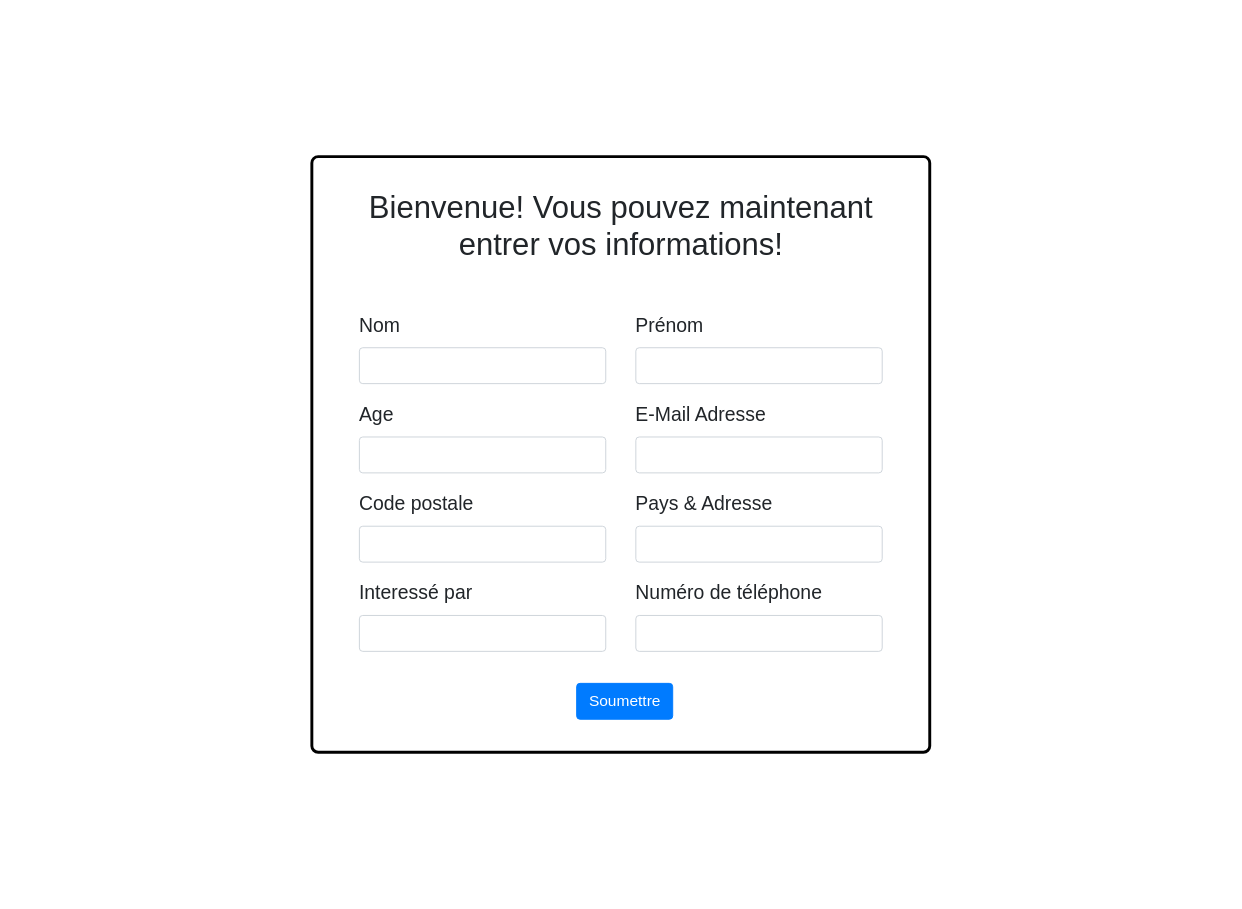
Repository: Aminox84/frontend-main
Page: /
These files come from the project's save history. The page is drawn as it stood at one moment and after the next save; the edit follows.
The browser window is 1280 px wide. The pictures show the whole page, at 97% of full size.
The project was rebuilt for these pictures with package versions that can differ from the ones it lists, and the page was loaded fresh each time.

Above is the page before, as saved 2022-12-29 21:10:59.

### public/index.html
<!DOCTYPE html>
<html lang="en">
  <head>
    <meta charset="utf-8" />
    <link rel="icon" href="%PUBLIC_URL%/favicon.ico" />
    <meta name="viewport" content="width=device-width, initial-scale=1" />
    <meta name="theme-color" content="#000000" />
    <meta
      name="description"
      content="Web site created using create-react-app"
    />
    <link rel="apple-touch-icon" href="%PUBLIC_URL%/logo192.png" />

    <link rel="manifest" href="%PUBLIC_URL%/manifest.json" />
    <link rel="stylesheet" href="https://cdn.jsdelivr.net/npm/bootstrap@4.4.1/dist/css/bootstrap.min.css" integrity="sha384-Vkoo8x4CGsO3+Hhxv8T/Q5PaXtkKtu6ug5TOeNV6gBiFeWPGFN9MuhOf23Q9Ifjh" crossorigin="anonymous">

    <title>React App</title>
  </head>
  <body>
    <noscript>You need to enable JavaScript to run this app.</noscript>
    <div id="root"></div>
    <script src="https://code.jquery.com/jquery-3.4.1.slim.min.js" integrity="sha384-J6qa4849blE2+poT4WnyKhv5vZF5SrPo0iEjwBvKU7imGFAV0wwj1yYfoRSJoZ+n" crossorigin="anonymous"></script>
    <script src="https://cdn.jsdelivr.net/npm/popper.js@1.16.0/dist/umd/popper.min.js" integrity="sha384-Q6E9RHvbIyZFJoft+2mJbHaEWldlvI9IOYy5n3zV9zzTtmI3UksdQRVvoxMfooAo" crossorigin="anonymous"></script>
    <script src="https://cdn.jsdelivr.net/npm/bootstrap@4.4.1/dist/js/bootstrap.min.js" integrity="sha384-wfSDF2E50Y2D1uUdj0O3uMBJnjuUD4Ih7YwaYd1iqfktj0Uod8GCExl3Og8ifwB6" crossorigin="anonymous"></script>
  </body>
</html>

### src/App.tsx
import React from 'react';
// import { useMultistepForm } from './useMultistepForm';
// import { AddressForm } from './AddressForm';
// import { AccountForm } from './AccountForm';
import UserForm  from './userForm';


function App() {


// const {steps,currentStepIndex,step,isFirstStep,isLastStep,back,next} = useMultistepForm([<UserForm />,<AddressForm />,<AccountForm />])

  return (
    <div style={{position:"relative",background:"white",border:"0.2rem solid  black",padding:"2rem",margin:" 10rem auto",borderRadius:".5rem",fontFamily:"Arial",width:"50%",}}>
      <form>
       {/* <div style={{position:"absolute",top:".5rem",right:".5rem"}}> {currentStepIndex + 1} / {steps.length}</div> */}
       <UserForm />
       <div className='d-flex justify-content-center mt-3'>
       {/* {!isFirstStep && <button className='btn btn-primary ml-2' type="button" onClick={back}>Back</button>} */}
       <button type="button" className='btn btn-primary ml-2'>Soumettre</button>
       </div>
      </form>
    </div>
  );
}

export default App;

### src/userForm.tsx
import React,{useState} from 'react'
import axios from 'axios'
import { convertTypeAcquisitionFromJson } from 'typescript'

const UserForm= ()=> {

    const [data,setData]= useState([{
        firstName: 'firstTest',
        lastName:'lastTest',
        age: '22',
        email:'justtestingjunkie@gmail.com',
        codePostale:'8050',
        interest:'Prostitution',
        paysEtAdresse:'Nigeria',
        phoneNumber:'+4915115897636'
    }])

    const [addFormData,setAddFormData]= useState({
        firstName: '',
        lastName:'',
        age: '',
        email:'',
        codePostale:'',
        interest:'',
        paysEtAdresse:'',
        phoneNumber:''
    })

    const handleFormChange=(event)=>{
        event.preventDefault();

        const fieldName=event.target.getAttribute('name');
        const fieldValue = event.target.value;

        const newFormData={...addFormData};
        newFormData[fieldName]=fieldValue;

        setAddFormData(newFormData);

    }

    const handleSubmitButton=(event)=>{
        event.preventDefault();

        const newContact={
            firstName:addFormData.firstName,
            lastName:addFormData.lastName,
            age:addFormData.age,
            email:addFormData.email,
            codePostale:addFormData.codePostale,
            interest:addFormData.interest,
            paysEtAdresse:addFormData.paysEtAdresse,
            phoneNumber:addFormData.phoneNumber
        }

        const newContacts=[...data,newContact]
        setData(newContacts);
    }

 const labelFontSize={fontSize:"20px"}

  return (
    <>
      <h2 style={{ textAlign: 'center' }}>
        Bienvenue! Vous pouvez maintenant entrer vos informations!
      </h2>
      <div className="container mt-5">
        <div className="row">
          <div className="col">
            <div className="form-group">
              <label
                style={labelFontSize}
                htmlFor="exampleInputPassword1"
              >
                Nom
              </label>
              <input
              onChange={handleFormChange}
                name="lastName"
                type="text"
                className="form-control"
                id="exampleInputPassword1"
              />
            </div>
          </div>
          <div className="col">
            <div className="form-group">
              <label
                style={labelFontSize}
                htmlFor="exampleInputPassword1"
              >
                Prénom
              </label>
              <input
              onChange={handleFormChange}
                name='firstName'
                type="text"
                className="form-control"
                id="exampleInputPassword1"
              />
            </div>
          </div>
        </div>
        <div className="row">
          <div className="col">
            <div className="form-group">
              <label
                style={labelFontSize}
                htmlFor="exampleInputPassword1"
              >
                Age
              </label>
              <input
              onChange={handleFormChange}
              name='age'
                type="text"
                className="form-control"
                id="exampleInputPassword1"
              />
            </div>
          </div>
          <div className="col">
            <div className="form-group">
              <label
                style={labelFontSize}
                htmlFor="exampleInputPassword1"
              >
                E-Mail Adresse
              </label>
              <input
              onChange={handleFormChange}
              name='email'
                type="text"
                className="form-control"
                id="exampleInputPassword1"
              />
            </div>
          </div>
        </div>
        <div className="row">
          <div className="col">
            <div className="form-group">
              <label
                style={labelFontSize}
                htmlFor="exampleInputPassword1"
              >
                Code postale
              </label>
              <input
              onChange={handleFormChange}
              name='codePostale'
                type="text"
                className="form-control"
                id="exampleInputPassword1"
              />
            </div>
          </div>
          <div className="col">
            <div className="form-group">
              <label
                style={labelFontSize}
                htmlFor="exampleInputPassword1"
              >
                Pays & Adresse
              </label>
              <input
              onChange={handleFormChange}
              name='paysEtAdresse'
                type="text"
                className="form-control"
                id="exampleInputPassword1"
              />
            </div>
          </div>
        </div>
        <div className="row">
          <div className="col">
            <div className="form-group">
              <label
                style={labelFontSize}
                htmlFor="exampleInputPassword1"
              >
                Interessé par
              </label>
              <input
              onChange={handleFormChange}
                type="text"
                className="form-control"
                id="exampleInputPassword1"
              />
            </div>
          </div>
          <div className="col">
            <div className="form-group">
              <label
                style={labelFontSize}
                htmlFor="exampleInputPassword1"
              >
                Numéro de téléphone
              </label>
              <input
              onChange={handleFormChange}
              name='phoneNumber'
                type="text"
                className="form-control"
                id="exampleInputPassword1"
              />
            </div>
          </div>
        </div>
      </div>
    </>
  )
}
export default UserForm;

Loaded but not shown: src/index.tsx (common file)

After the next save:
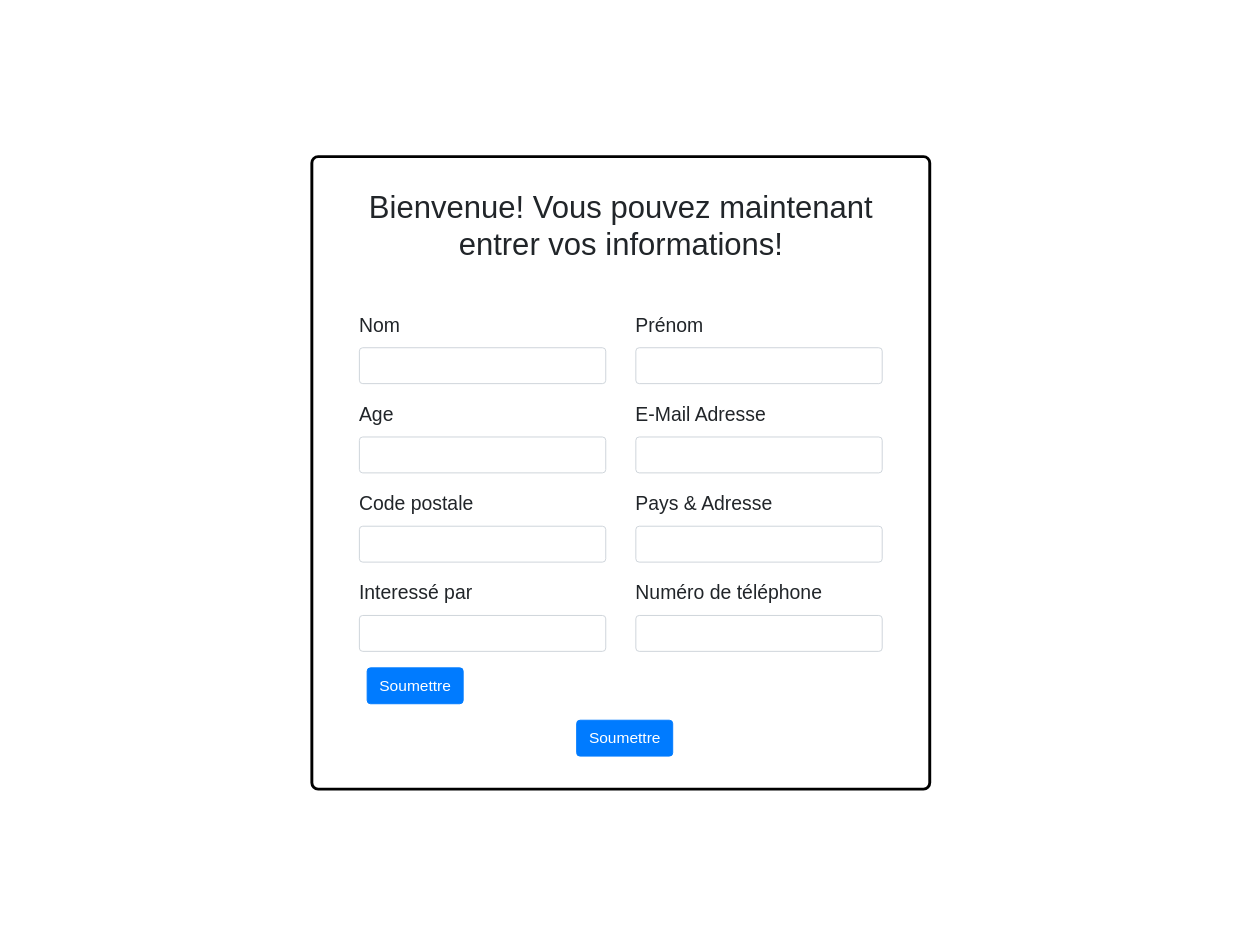
Saved 37 s later.
--- a/src/userForm.tsx
+++ b/src/userForm.tsx
@@ -208,6 +208,8 @@ const UserForm= ()=> {
             </div>
           </div>
         </div>
+        <button type="button" className='btn btn-primary ml-2'>Soumettre</button>
+
       </div>
     </>
   )
